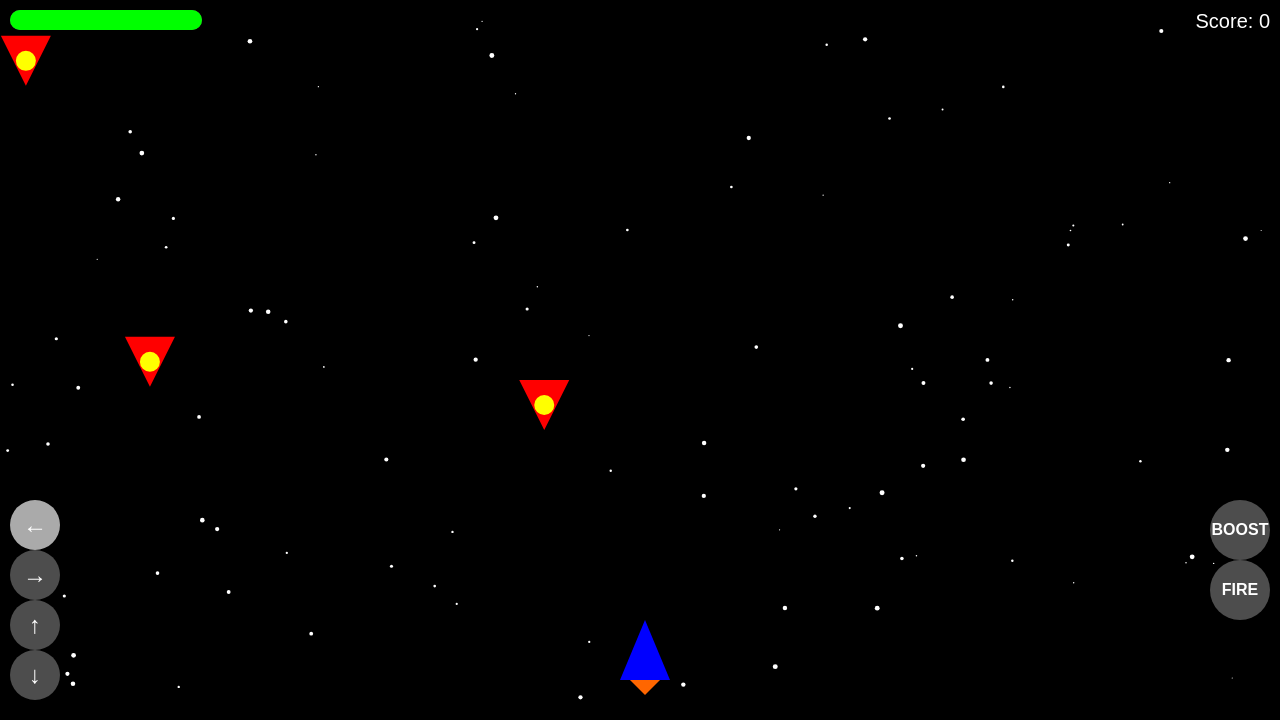
Repository: BiranOrundas/space-shooter
Page: space-shooter.html
The author's editor kept a copy of each file at every save. The page is drawn from the files as they stood at one save, then again after the next save.
The browser window is 1280 px wide. The pictures show the whole page.

Above is the page before, as saved 2025-03-13 15:39:21.

After the next save:
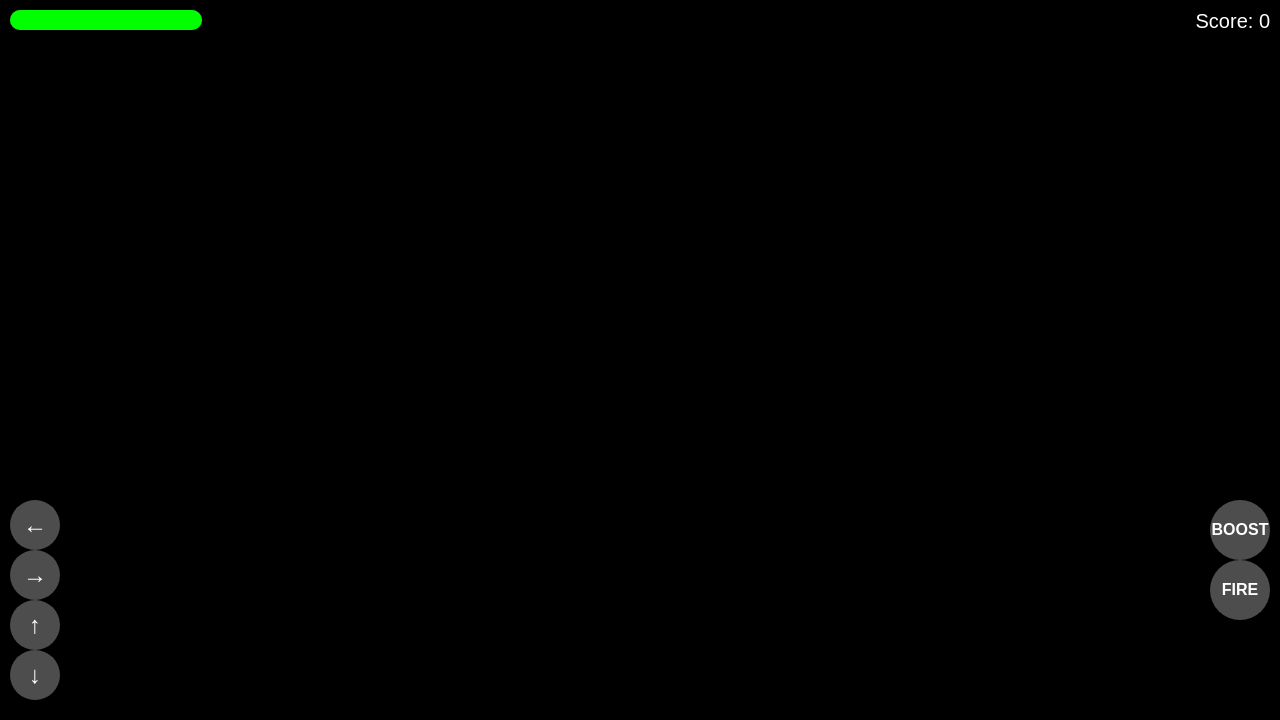
Console error: SyntaxError: Unexpected end of input
Saved 38 s later.
--- a/space-shooter.html
+++ b/space-shooter.html
@@ -368,7 +368,18 @@
   }
   if (rightPressed && player.x < canvas.width - player.width) {
     player.x += player.isBoosting ? player.boostedSpeed : player.speed;
-  }
+       const LeftDirs = document.getElementsByName("rightButton");
+LeftDirs.forEach(btn => {
+    btn.style.backgroundColor = "#5CE65C";
+});
+  }else{
+    const LeftDirs = document.getElementsByName("leftButton");
+LeftDirs.forEach(btn => {
+    btn.style.backgroundColor = "#AAAAAA";
+});
+
+
+
   if (upPressed && player.y < canvas.height - player.height) {
     player.y -= player.isBoosting ? player.boostedSpeed : player.speed;
   }

After the 5 saves that followed:
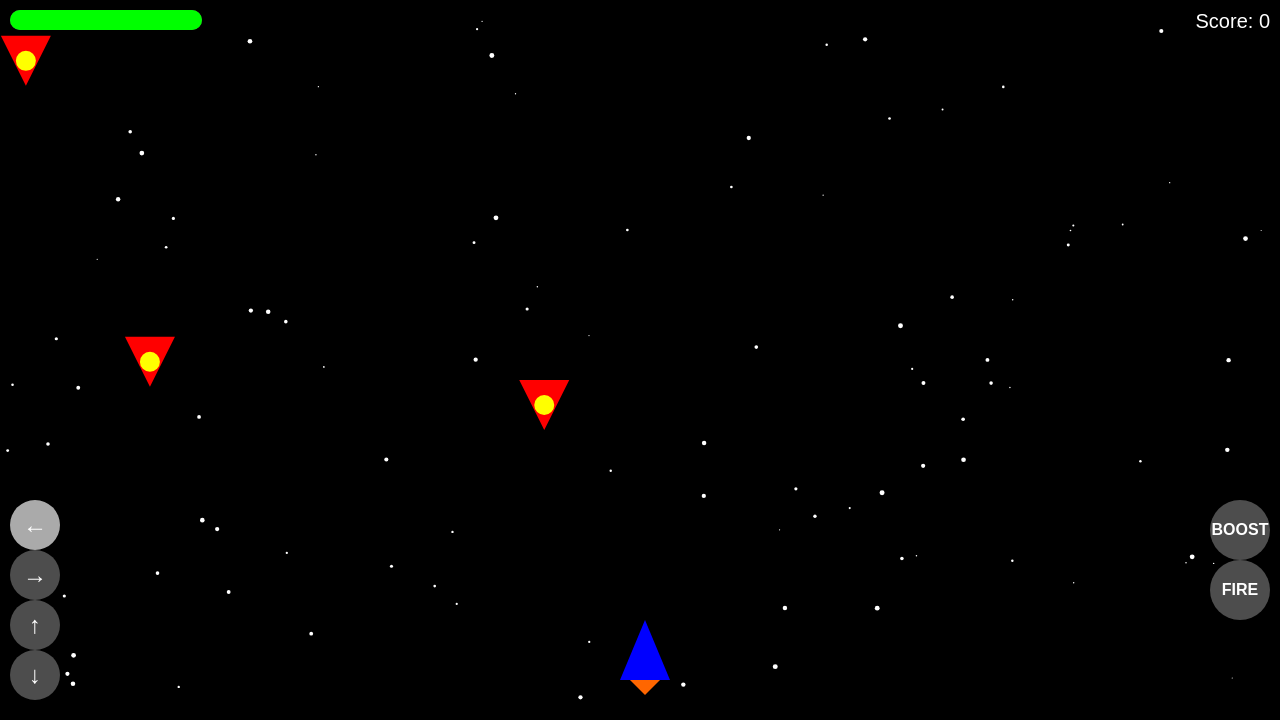
The error is gone.
The 5 saves are shown as one change because 4 left the picture as it was.
The last was saved 50 s later.
--- a/space-shooter.html
+++ b/space-shooter.html
@@ -368,18 +368,12 @@
   }
   if (rightPressed && player.x < canvas.width - player.width) {
     player.x += player.isBoosting ? player.boostedSpeed : player.speed;
-       const LeftDirs = document.getElementsByName("rightButton");
+
+    const LeftDirs = document.getElementsByName("leftButton");
 LeftDirs.forEach(btn => {
     btn.style.backgroundColor = "#5CE65C";
 });
-  }else{
-    const LeftDirs = document.getElementsByName("leftButton");
-LeftDirs.forEach(btn => {
-    btn.style.backgroundColor = "#AAAAAA";
-});
-
-
-
+  }
   if (upPressed && player.y < canvas.height - player.height) {
     player.y -= player.isBoosting ? player.boostedSpeed : player.speed;
   }
